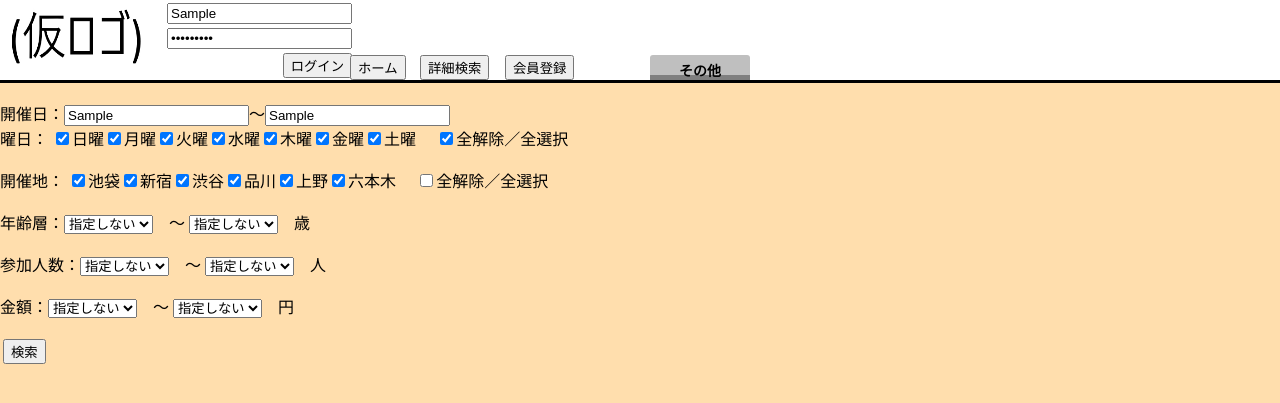
Repository: k0816/backup-master
Page: http://localhost/cycle/PartySearchAction
These files come from the project's save history. The page is drawn as it stood at one moment and after the next save; the edit follows.
The browser window is 1280 px wide. The pictures show the whole page.
Empty fields were first filled with sample values (such as "Sample", 5 or name@example.com).
After loading, the first visible `input[onclick="allChangeWeek(this.checked);"]` was clicked once.
The page is served by Tomcat 9. Other server files are loaded and not shown.

Above is the page before, as saved 2018-01-25 07:05:39.

### cycle/WebContent/partySearch.jsp
<%@ page language="java" contentType="text/html; charset=UTF-8"
    pageEncoding="UTF-8"%>
<%@ taglib prefix="s" uri="/struts-tags"%>

<!DOCTYPE html>
<html>
<head>
<meta http-equiv="Content-Type" content="text/html; charset=UTF-8">
<title>Insert title here</title>

<script type="text/javascript" src="js/jquery-3.3.1.js"></script>
<script type="text/javascript" src="js/jquery-ui.min.js"></script>
<script type="text/javascript" src="js/datepicker-ja.js"></script>
<link type="text/css" href="css/theme/jquery-ui.min.css" rel="stylesheet" />
<link type="text/css" href="css/theme/jquery-ui.theme.min.css" rel="stylesheet" />
<link type="text/css" href="css/theme/jquery-ui.structure.min.css" rel="stylesheet" />

<script type="text/javascript">
/*---チェックリストの全解除、選択---*/
    flag =false;
    function allChangeWeek(){
        flag = !flag;
        var check = document.getElementsByName('week');
        for(i = 0; i < check.length; i++){
            check[i].checked = !flag;
        }
    }

    flag =false;
    function allChangePlace(){
        flag = !flag;
        var check = document.getElementsByName('partyPlace');
        for(i = 0; i < check.length; i++){
            check[i].checked = !flag;
        }
    }

/*---カレンダー機能---*/
    $(function() {
   	 $("#date1").datepicker("option", "dateFormat", "yyyy/mm/dd");
    	 $("#date1").datepicker("setDate", "2018/01/26");
    	  $("#date1").datepicker( {
    	    changeMonth: true,
    	    numberOfMonths: 2,
    	  } );
    	  $("#date2").datepicker( {
      	    changeMonth: true,
    	    numberOfMonths: 2,
      	  } );

    	});
/*---カレンダー日付の初期値設定---*/


</script>
</head>


<body >

 <jsp:include page="/include.jsp" flush="true" />

	<s:property value="dateUtil.getDateDay()" />


<s:if test="errorMessage!=null">
	<s:property value="errorMessage"/>
</s:if>

<s:form id="form" name="form" action="PartySearchResultAction">

開催日：<input type="text" id="date1"/>～<input type="text" id="date2" /><br>
  曜日：
<label><input type="checkbox" name="partyWeek" value="1" checked>日曜</label>
<label><input type="checkbox" name="partyWeek" value="2" checked>月曜</label>
<label><input type="checkbox" name="partyWeek" value="3" checked>火曜</label>
<label><input type="checkbox" name="partyWeek" value="4" checked>水曜</label>
<label><input type="checkbox" name="partyWeek" value="5" checked>木曜</label>
<label><input type="checkbox" name="partyWeek" value="6" checked>金曜</label>
<label><input type="checkbox" name="partyWeek" value="7" checked>土曜</label>

<label><input name="selectAll" onclick="allChangeWeek(this.checked);" type="checkbox"  />全解除／全選択</label>
<br><br>
開催地：
<label><input type="checkbox" name="partyPlace" value="池袋" checked>池袋</label>
<label><input type="checkbox" name="partyPlace" value="新宿" checked>新宿</label>
<label><input type="checkbox" name="partyPlace" value="渋谷" checked>渋谷</label>
<label><input type="checkbox" name="partyPlace" value="品川" checked>品川</label>
<label><input type="checkbox" name="partyPlace" value="上野" checked>上野</label>
<label><input type="checkbox" name="partyPlace" value="六本木" checked>六本木</label>
<label><input name="selectAll" onclick="allChangePlace(this.checked);" type="checkbox"  />全解除／全選択</label>
<br><br>
年齢層：<select name="ageMinimum">
    <option value="0">指定しない</option>
    <option value="20">20</option>
    <option value="25">25</option>
    <option value="30">30</option>
    <option value="35">35</option>
    <option value="40">40</option>
  </select>　～
  <select name="ageMaximum">
    <option value="100">指定しない</option>
    <option value="25">25</option>
    <option value="30">30</option>
    <option value="35">35</option>
    <option value="40">40</option>
    <option value="45">45</option>
    <option value="50">50</option>
  </select>　歳<br>
<br>
参加人数：<select name="partyCapacity">
    <option value="0">指定しない</option>
    <option value="20">20</option>
    <option value="40">40</option>
    <option value="60">60</option>
    <option value="80">80</option>
    <option value="100">100</option>
  </select>　～
  <select name="capa2">
    <option value="1000">指定しない</option>
    <option value="20">20</option>
    <option value="40">40</option>
    <option value="60">60</option>
    <option value="80">80</option>
    <option value="100">100</option>
  </select>　人<br>
<br>
金額：<select name="partyPrice">
    <option value="0">指定しない</option>
    <option value="1500">1500</option>
    <option value="3000">3000</option>
    <option value="4500">4500</option>
    <option value="6000">6000</option>
    <option value="7500">7500</option>
    <option value="9000">9000</option>
  </select>　～
  <select name="price2">
    <option value="100000">指定しない</option>
    <option value="3000">3000</option>
    <option value="4500">4500</option>
    <option value="6000">6000</option>
    <option value="7500">7500</option>
    <option value="9000">9000</option>
  </select>　円<br><br>

<div id="searchBotan"><s:submit value="検索"/></div>
</s:form>



</body>
</html>

### cycle/WebContent/include.jsp
<%@ page language="java" contentType="text/html; charset=UTF-8"
	pageEncoding="UTF-8"%>
<%@ taglib prefix="s" uri="/struts-tags"%>
<!DOCTYPE html PUBLIC "-//W3C//DTD HTML 4.01 Transitional//EN" "http://www.w3.org/TR/html4/loose.dtd">
<html>
<head>
<meta http-equiv="Content-Type" content="text/html; charset=utf-8" />
<meta http-equiv="Content-Style-Type" content="text/css" />
<meta http-equiv="Content-Script-Type" content="text/javascript" />
<meta http-equiv="imagetoolbar" content="no" />
<meta name="description" content="" />
<meta name="keywords" content="" />
<title>JSP共通設定</title>
<style type="text/css">

#header {
	width: 100%;
	height: 80px;
	background-color: white;
	border-bottom: 3px solid black;
	/* position: fixed; */
}

#welcome {
	position: absolute;
	left: 160px;
	top: 0px;
}

.botan {
	position: absolute;
	top: 55px;
}

#home {
	position: absolute;
	left: 350px;
}

#search {
	position: absolute;
	left: 420px;
}

#createORmypage {
	position: absolute;
	left: 505px;
}

#other {
	position: absolute;
	left: 650px;
}

body {
	/* background: url("./image/wood.jpg"); */
	background: #FFDEAD;
	margin: 0;
	padding: 0;
}
/* ドロップダウンメニューについて */
#dropmenu {
	list-style-type: none;
	width: 100px;
	height: 20px;
	margin: 0px auto 0px;
	padding: 0;
	background: #bfbfbf;
	border-bottom: 5px solid #7f7f7f;
	border-radius: 3px 3px 0 0;;
}

#dropmenu li {
	position: relative;
	width: 100%;
	float: left;
	margin: 0;
	padding: 0;
	text-align: center;
}

#dropmenu li a {
	display: block;
	margin: 0;
	padding: 10px;
	color: black;
	font-size: 14px;
	font-weight: bold;
	line-height: 1;
	text-decoration: none;
}

#dropmenu li:hover>a {
	background: #bfbfbf;;
	color: #eff7b1;
}

#dropmenu>li:hover>a {
	border-radius: 3px 3px 0 0;
}

#dropmenu li ul {
	list-style: none;
	position: absolute;
	top: 100%;
	left: 0;
	margin: 0;
	padding: 0;
	border-radius: 0 0 3px 3px;
}

#dropmenu li ul li {
	overflow: hidden;
	width: 100%;
	height: 0;
	color: #fff;
	-moz-transition: .2s;
	-webkit-transition: .2s;
	-o-transition: .2s;
	-ms-transition: .2s;
	transition: .2s;
}

#dropmenu li ul li a {
	padding: 13px 13px;
	background: #bfbfbf;
	text-align: center;
	font-size: 12px;
	font-weight: normal;
}

#dropmenu li:hover ul li {
	overflow: visible;
	height: 38px;
	border-top: 1px solid #bfbfbf;
	border-bottom: 1px solid #616d0b;
}

#dropmenu li:hover ul li:first-child {
	border-top: 0;
}

#dropmenu li:hover ul li:last-child {
	border-bottom: 0;
}

#dropmenu li:hover ul li:last-child a {
	border-radius: 0 0 3px 3px;
}
</style>
</head>
<body>
	<div id="header">
          <a href="GoHomeAction"><img src="image\logotest.jpg" width="150" height="80"></a>

		<div id="welcome">  <!-- ログイン情報入力フォーム-->
			<s:if test="#session.loginUser != null">
ようこそ！<s:property value="#session.loginUser.getUserName()" escape="false" />様！
            </s:if>
            <s:else>
            <s:form id="form" name="form" action="LoginAction">
				<div id="address"><s:textfield name="loginAddress"/></div>
				<div id="password"><s:password name="loginPassword"/></div>
				<s:hidden name="userName" value='<s:property value="userName"/>'/>
				<s:hidden name="userId" value='<s:propety value="userId"/>'/>
				<div id="login"><s:submit value="ログイン"/></div>
			</s:form>
            </s:else>
            </div>

	<div class="botan">
			<div id="home">
				<form action="GoHomeAction">
					<input type="submit" value="ホーム" />
				</form>
			</div>
			<div id="search">
				<form action="PartySearchAction">
					<input type="submit" value="詳細検索" />
				</form>
			</div>
			<div id=createORmypage>
			<s:hidden name="loginAddress" value="%{loginAddress}"/>
			<s:hidden name="loginPassword" value="%{loginPassword}"/>
			<s:hidden name="userId" value="%{userId}"/>
			<s:hidden name="userName" value="%{userName}"/>
			<s:if test="#session.loginUser !=null">
				<ul id="dropmenu">
					<li><a href="#">マイページ</a>
						<ul>
							<li><a href="NicePartyListAction">いいね！</a></li>
							<li><a href="PartyJoinHistoryAction">参加履歴</a></li>
							<li><a href="UserInfoAction">登録情報確認</a></li>
							<li><a href="PartySearchNEWAction">商品検索</a></li>

						</ul>
					</li>
				</ul>
			</s:if>
			<s:else>
				<form action="UserCreateAction">
					<input type="submit" value="会員登録" />
				</form>
			</s:else>
			</div>

		<!-- ドロップダウンメニュー -->
		<div id="other">
		<ul id="dropmenu">
			<li><a href="#">その他</a>
				<ul>
					<li><a href="ToNewUserAction">お知らせ</a></li>
					<li><a href="ToNewUserAction">初めての方へ</a></li>
					<li><a href="#">会社概要</a></li>
					<li><a href="#">お問い合わせ</a></li>
					<li><s:if test="#session.loginUser !=null">
							<a href="LogoutAction">ログアウト</a>
						</s:if></li>
				</ul>
			</li>
		</ul>
		</div>
	</div>
	</div>
	<br>
</body>
</html>

### cycle/src/cycle/dto/PartySearchDTO.java
package cycle.dto;

import java.util.Date;


public class PartySearchDTO {


	public String partyId;

	public String partyName;

	public Date partyDate;

	public Date date2;

	public String partyWeek;

	public String partyPrice;

	public String partyCapacity;

	public String partyPlace;

	public String ageMinimum;

	public String ageMaximum;

	public String partyDetail;

	public Date insertDate;

	public Date updateDate;

	public String capa2;

	public String price2;



	public Date getInsertDate() {
		return insertDate;
	}

	public void setInsertDate(Date insertDate) {
		this.insertDate = insertDate;
	}

	public Date getUpdateDate() {
		return updateDate;
	}

	public void setUpdateDate(Date updateDate) {
		this.updateDate = updateDate;
	}

	public String getPartyId() {
	    return partyId;
	}

	public void setPartyId(String partyId) {
	    this.partyId = partyId;
	}

	public String getPartyName() {
	    return partyName;
	}

	public void setPartyName(String partyName) {
	    this.partyName = partyName;
	}

	public Date getPartyDate() {
	    return partyDate;
	}

	public void setPartyDate(Date partyDate) {
	    this.partyDate = partyDate;
	}

	public Date getDate2() {
		return date2;
	}

	public void setDate2(Date date2) {
		this.date2 = date2;
	}

	public String getPartyWeek() {
		return partyWeek;
	}

	public void setPartyWeek(String partyWeek) {
		this.partyWeek = partyWeek;
	}

	public String getPartyPrice() {
	    return partyPrice;
	}

	public void setPartyPrice(String partyPrice) {
	    this.partyPrice = partyPrice;
	}

	public String getPartyCapacity() {
	    return partyCapacity;
	}

	public void setPartyCapacity(String partyCapacity) {
	    this.partyCapacity = partyCapacity;
	}

	public String getPartyPlace() {
	    return partyPlace;
	}

	public void setPartyPlace(String partyPlace) {
	    this.partyPlace = partyPlace;
	}

	public String getAgeMinimum() {
	    return ageMinimum;
	}

	public void setAgeMinimum(String ageMinimum) {
	    this.ageMinimum = ageMinimum;
	}

	public String getAgeMaximum() {
	    return ageMaximum;
	}

	public void setAgeMaximum(String ageMaximu) {
	    this.ageMaximum = ageMaximu;
	}

	public String getPartyDetail() {
	    return partyDetail;
	}

	public void setPartyDetail(String partyDetail) {
	    this.partyDetail = partyDetail;
	}



	public String getCapa2() {
		return capa2;
	}

	public void setCapa2(String capa2) {
		this.capa2 = capa2;
	}

	public String getPrice2() {
		return price2;
	}

	public void setPrice2(String price2) {
		this.price2 = price2;
	}

}

### cycle/WebContent/js/datepicker-ja.js
/* Japanese initialisation for the jQuery UI date picker plugin. */
/* Written by Kentaro SATO (kentaro@ranvis.com). */
( function( factory ) {
	if ( typeof define === "function" && define.amd ) {

		// AMD. Register as an anonymous module.
		define( [ "../widgets/datepicker" ], factory );
	} else {

		// Browser globals
		factory( jQuery.datepicker );
	}
}( function( datepicker ) {

datepicker.regional.ja = {
	closeText: "閉じる",
	prevText: "&#x3C;前",
	nextText: "次&#x3E;",
	currentText: "今日",
	monthNames: [ "1月","2月","3月","4月","5月","6月",
	"7月","8月","9月","10月","11月","12月" ],
	monthNamesShort: [ "1月","2月","3月","4月","5月","6月",
	"7月","8月","9月","10月","11月","12月" ],
	dayNames: [ "日曜日","月曜日","火曜日","水曜日","木曜日","金曜日","土曜日" ],
	dayNamesShort: [ "日","月","火","水","木","金","土" ],
	dayNamesMin: [ "日","月","火","水","木","金","土" ],
	weekHeader: "週",
	dateFormat: "yy/mm/dd",
	firstDay: 0,
	isRTL: false,
	showMonthAfterYear: true,
	yearSuffix: "年" };
datepicker.setDefaults( datepicker.regional.ja );

return datepicker.regional.ja;

} ) );

Loaded but not shown: cycle/WebContent/js/jquery-3.3.1.js (library); cycle/WebContent/js/jquery-ui.min.js (library); cycle/WebContent/css/theme/jquery-ui.min.css (library); cycle/WebContent/css/theme/jquery-ui.theme.min.css (library); cycle/WebContent/css/theme/jquery-ui.structure.min.css (library)

After the next save:
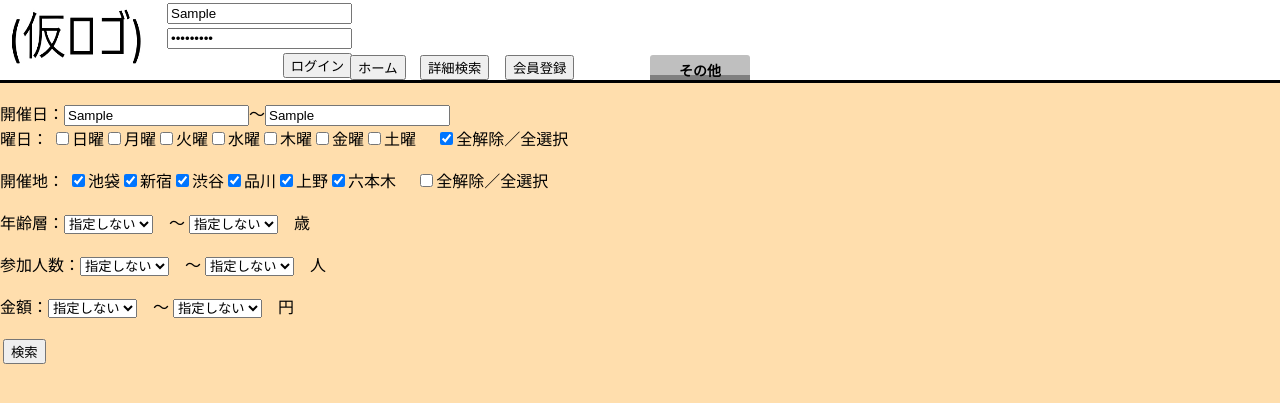
Saved 55 min 15 s later.
--- a/cycle/WebContent/partySearch.jsp
+++ b/cycle/WebContent/partySearch.jsp
@@ -20,7 +20,7 @@
     flag =false;
     function allChangeWeek(){
         flag = !flag;
-        var check = document.getElementsByName('week');
+        var check = document.getElementsByName('partyWeek');
         for(i = 0; i < check.length; i++){
             check[i].checked = !flag;
         }
